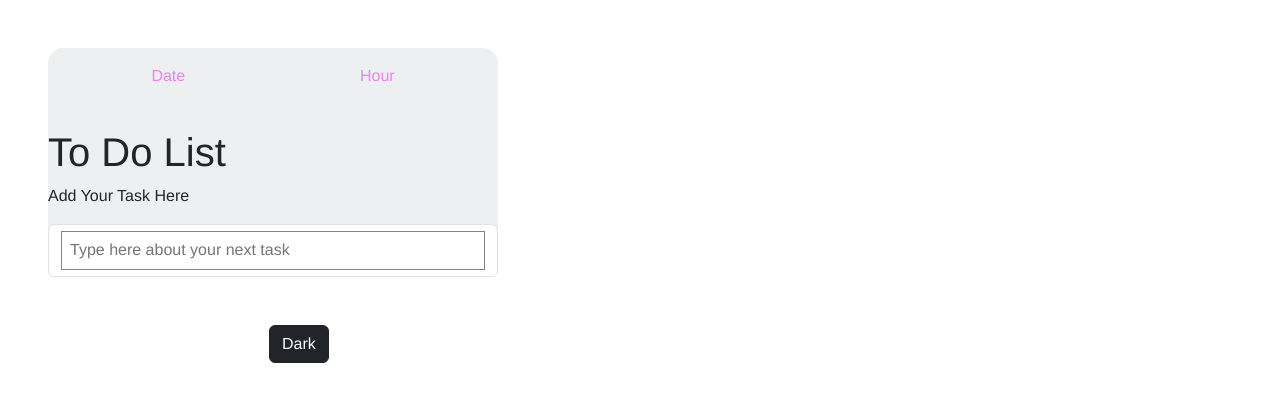
Repository: Passionblaz/TODO
Page: TODO/Untitled-1.html
These files come from the project's save history. The page is drawn as it stood at one moment and after the next save; the edit follows.
The browser window is 1280 px wide. The pictures show the whole page.

Above is the page before, as saved 2023-07-14 11:49:48.

### TODO/Untitled-1.html
<!DOCTYPE html>
<html lang="en">
<head>
  <meta charset="UTF-8">
  <meta name="viewport" content="width=device-width, initial-scale=1.0">
  <title>Document</title>
  <link href="https://cdn.jsdelivr.net/npm/bootstrap@5.3.0/dist/css/bootstrap.min.css" rel="stylesheet" integrity="sha384-9ndCyUaIbzAi2FUVXJi0CjmCapSmO7SnpJef0486qhLnuZ2cdeRhO02iuK6FUUVM" crossorigin="anonymous">
  <!-- Bootstrap Bundle JS (jsDelivr CDN) -->
  <script defer src="https://cdn.jsdelivr.net/npm/bootstrap@5.3.0/dist/js/bootstrap.bundle.min.js" integrity="sha384-geWF76RCwLtnZ8qwWowPQNguL3RmwHVBC9FhGdlKrxdiJJigb/j/68SIy3Te4Bkz" crossorigin="anonymous"></script>
  <link rel="stylesheet" href="todostyles.css">
</head>
<body>
<div class="todo-container">
  <div class="date-hour">
    <p class="date">Date</p>
    <p class="hour">Hour</p>
  </div>
<header>
  <h1>To Do List</h1>
</header>

<form action="" id="todo-form">
  <p>Add Your Task Here</p>
<div class="form-control">
<input type="text" id="todo-input" placeholder="Type here about your next task">

</div>

</form>



</div>



  <div class="button">
     <button type="button" class="btn btn-dark">Dark</button>
    </div>


    </body>
</html>

### TODO/todostyles.css
*{
  padding: 0;
  margin: 0;
  box-sizing: border-box;
}
body{
  font-family: 'Franklin Gothic Medium', 'Arial Narrow', Arial, sans-serif;
  background: rgb(red, green, blue);

}
.form-control {
  display: flex;
}
.form-control input {
  flex: 1;
  outline: 0;
box-shadow: none;
border: 1px solid #858585;
}
.form-control button:hover {
  background-color: green;
}
.date-hour {
  display: flex;
  justify-content: space-around;
  align-items:center;
  padding: 1rem 1rem 1.5rem 1rem;
  font-size: 16px;
  color: violet;
}
button {
  background-color: darkorange;
  color: blue;
  border: 2px solid red;
  padding: 0.2rem 0.4rem;
  font-size: .8rem;
  cursor: pointer;
  justify-content: center;
  align-items: center;
  transition: .4s;
  border: 1px solid orange;
}
button:hover {
  background-color: orangered;
  color: white;
}
button > i {
  font-weight: bold;
  pointer-events: none;
}
input {
  padding: .4rem .5rem;
}
.hide {
  display: none;
}
.todo-container {
  background-color: #ecf0f1;
  border-radius: 15px;
  width: 450px;
  margin: 3rem;
}




.button {
  padding-left: 269px;

}

After the next save:
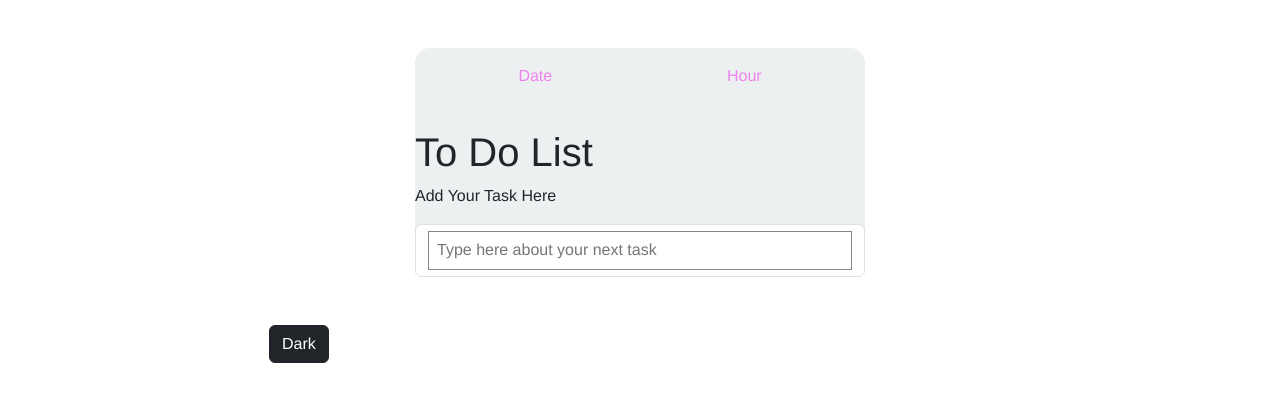
Saved 5 s later.
--- a/TODO/todostyles.css
+++ b/TODO/todostyles.css
@@ -58,7 +58,7 @@ input {
   background-color: #ecf0f1;
   border-radius: 15px;
   width: 450px;
-  margin: 3rem;
+  margin: 3rem auto;
 }
 
 
